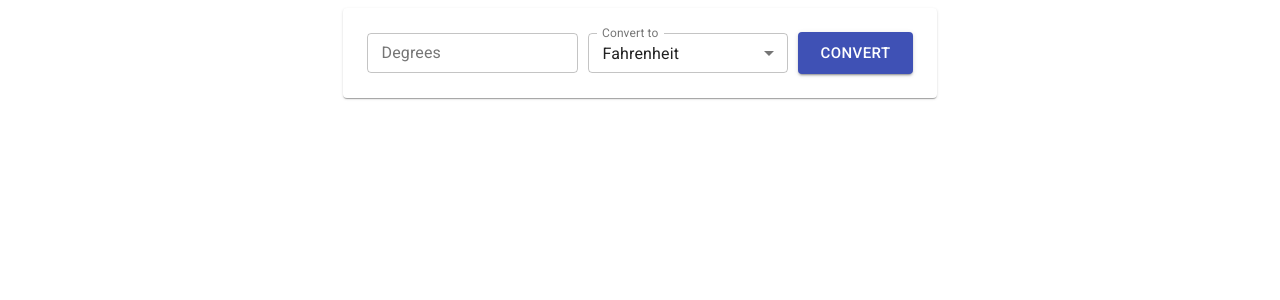
Repository: zum281/temperature-converter
Page: /
The author's editor kept a copy of each file at every save. The page is drawn from the files as they stood at one save, then again after the next save.
The browser window is 1280 px wide. The pictures show the whole page.
The project was rebuilt for these pictures with package versions that can differ from the ones it lists, and the page was loaded fresh each time. Also part of the build but not shown: src/components/Result.js.

Above is the page before, as saved 2021-07-09 14:48:39.

### public/index.html
<!DOCTYPE html>
<html lang="en">

  <head>
    <meta charset="utf-8" />
    <link rel="icon" href="%PUBLIC_URL%/favicon.ico" />
    <meta name="viewport" content="width=device-width, initial-scale=1" />
    <meta name="theme-color" content="#000000" />
    <meta name="description" content="Web site created using create-react-app" />
    <link rel="apple-touch-icon" href="%PUBLIC_URL%/logo192.png" />
    <!--
      manifest.json provides metadata used when your web app is installed on a
      user's mobile device or desktop. See https://developers.google.com/web/fundamentals/web-app-manifest/
    -->
    <link rel="manifest" href="%PUBLIC_URL%/manifest.json" />
    <!--
      Notice the use of %PUBLIC_URL% in the tags above.
      It will be replaced with the URL of the `public` folder during the build.
      Only files inside the `public` folder can be referenced from the HTML.

      Unlike "/favicon.ico" or "favicon.ico", "%PUBLIC_URL%/favicon.ico" will
      work correctly both with client-side routing and a non-root public URL.
      Learn how to configure a non-root public URL by running `npm run build`.
    -->
    <link rel="stylesheet" href="https://fonts.googleapis.com/css?family=Roboto:300,400,500,700&display=swap" />
    <title>Temperature Converter</title>
  </head>

  <body>
    <noscript>You need to enable JavaScript to run this app.</noscript>
    <div id="root"></div>
    <!--
      This HTML file is a template.
      If you open it directly in the browser, you will see an empty page.

      You can add webfonts, meta tags, or analytics to this file.
      The build step will place the bundled scripts into the <body> tag.

      To begin the development, run `npm start` or `yarn start`.
      To create a production bundle, use `npm run build` or `yarn build`.
    -->
  </body>

</html>

### src/index.css
/* Chrome, Safari, Edge, Opera */
input::-webkit-outer-spin-button,
input::-webkit-inner-spin-button {
    -webkit-appearance: none;
    margin: 0;
}

/* Firefox */
input[type="number"] {
    -moz-appearance: textfield;
}

### src/App.js
import { makeStyles } from "@material-ui/core/styles";
import { Typography } from "@material-ui/core";
import Calculator from "./components/Calculator";

const useStyles = makeStyles((theme) => {
    return {
        root: {
            display: "flex",
            alignItems: "center",
            justifyContent: "center",
        },
    };
});
function App() {
    const classes = useStyles();
    return (
        <div className={classes.root}>
            <Calculator />
        </div>
    );
}

export default App;

### src/components/Calculator.js
import { makeStyles } from "@material-ui/core/styles";
import { Paper, Button, TextField, MenuItem } from "@material-ui/core";
import { useState } from "react";
import Result from "./Result";

const useStyles = makeStyles((theme) => {
    return {
        paper: {
            padding: theme.spacing(3),
            maxWidth: "600px",
        },
        form: {
            display: "flex",
            alignItems: "center",
            justifyContent: "center",
            gap: "10px",
        },

        select: {
            minWidth: "200px",
        },
    };
});

const Calculator = () => {
    const types = ["Fahrenheit", "Celsius"];
    const classes = useStyles();
    const [type, setType] = useState(types[0]);
    const [degrees, setDegrees] = useState("");
    const [result, setResult] = useState({
        value: null,
        unit: null,
    });
    const inputNumberProps = {
        step: 0.01,
    };

    const handleClick = () => {
        if (type && degrees) {
            if (type === types[1]) {
                // f to c
                let t_celsius = (degrees - 32) * (5 / 9);
                let res = {
                    value: t_celsius.toPrecision(4),
                    unit: "°C",
                };
                setResult({ ...res });
            } else {
                // c to f
                let t_fahrenheit = degrees * (9 / 5) + 32;
                let res = {
                    value: t_fahrenheit.toPrecision(4),

                    unit: "°F",
                };
                setResult({ ...res });
            }
        } else {
            console.log("error");
        }
    };
    return (
        <Paper className={classes.paper}>
            <form noValidate autoComplete="off" className={classes.form}>
                <TextField
                    type="number"
                    size="small"
                    variant="outlined"
                    label="Degrees"
                    inputProps={inputNumberProps}
                    value={degrees}
                    onChange={(event) =>
                        setDegrees(parseFloat(event.target.value))
                    }
                />

                <TextField
                    select
                    label="Convert to"
                    value={type}
                    onChange={(event) => setType(event.target.value)}
                    variant="outlined"
                    size="small"
                    className={classes.select}
                >
                    {types.map((option) => (
                        <MenuItem key={option} value={option}>
                            {option}
                        </MenuItem>
                    ))}
                </TextField>

                <Button
                    variant="contained"
                    color="primary"
                    size="large"
                    onClick={handleClick}
                >
                    convert
                </Button>
            </form>

            {result.value && <Result value={result.value} unit={result.unit} />}
        </Paper>
    );
};

export default Calculator;

Loaded but not shown: src/index.js (common file)

After the next save:
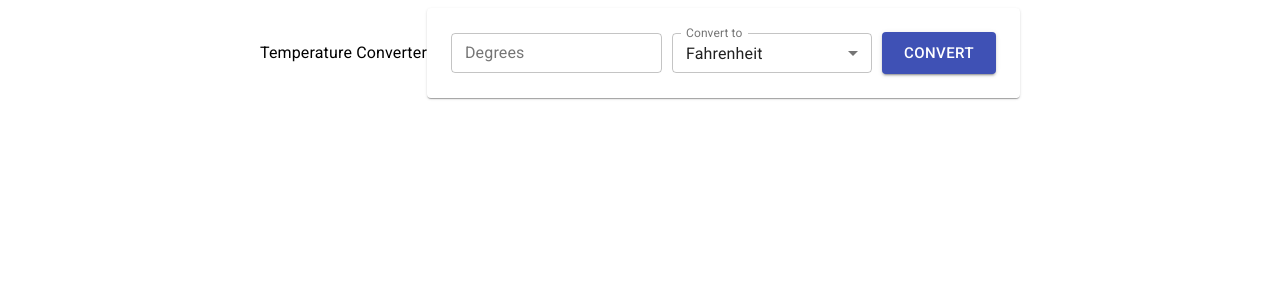
Saved 16 s later.
--- a/src/App.js
+++ b/src/App.js
@@ -15,6 +15,7 @@ function App() {
     const classes = useStyles();
     return (
         <div className={classes.root}>
+            <Typography>Temperature Converter</Typography>
             <Calculator />
         </div>
     );
